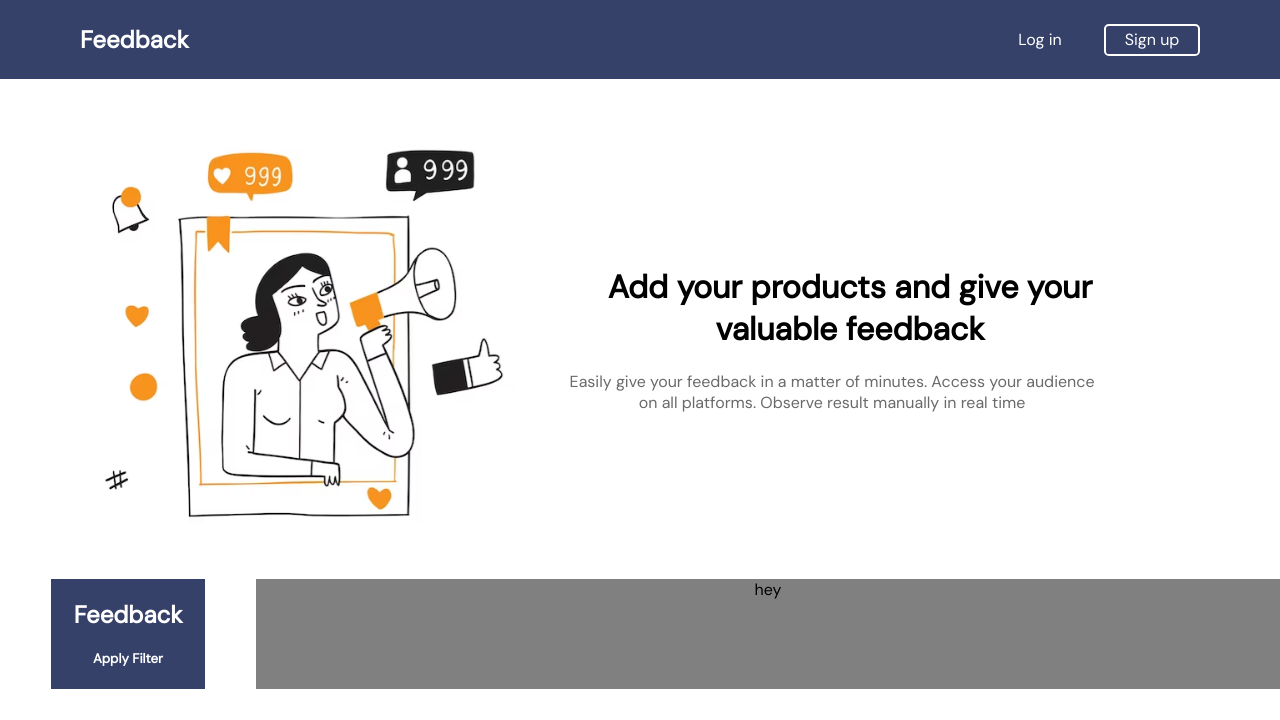
Repository: drumsmanku/final-evaluation-test
Page: / (app in client/)
These files come from the project's save history. The page is drawn as it stood at one moment and after the next save; the edit follows.
The browser window is 1280 px wide. The pictures show the whole page.
The page's requests for data from a server got no answer. The project was rebuilt for these pictures with package versions that can differ from the ones it lists, and the page was loaded fresh each time. No one was signed in, and anything a server would have sent is missing.

Above is the page before, as saved 2023-07-28 13:54:39.

After the next save:
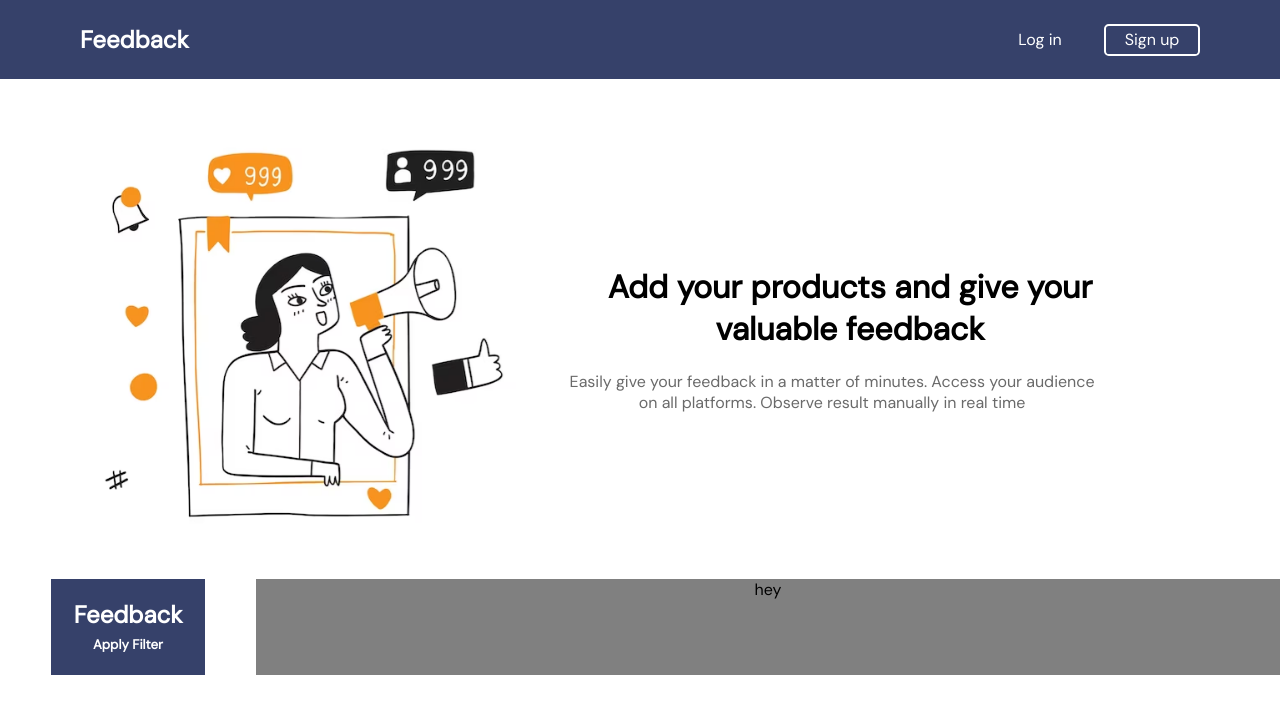
Saved 11 s later.
--- a/client/src/Components/MainPage.js
+++ b/client/src/Components/MainPage.js
@@ -71,7 +71,7 @@ function MainPage() {
       <div className="main-bottom-container">
         <div className="bottom-left">
           <article style={{backgroundColor:'#36416A', width:'60%', color:'white'}}>
-            <h2 >Feedback</h2>
+            <h2 style={{marginBottom:'0.4rem'}}>Feedback</h2>
             <h5 style={{marginTop:0}}>Apply Filter</h5>
           </article>
         </div>
